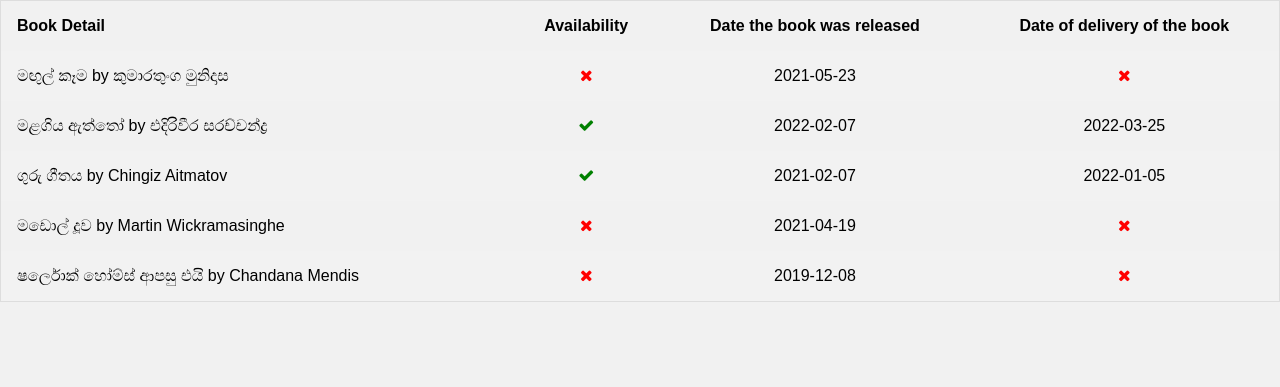
Repository: RPSKumara/DPEdudationPyhton
Page: ResponsiveWebAssigment/category.html
These files come from the project's save history. The page is drawn as it stood at one moment and after the next save; the edit follows.
The browser window is 1280 px wide. The pictures show the whole page.

Above is the page before, as saved 2022-04-22 14:46:02.

After the next save:
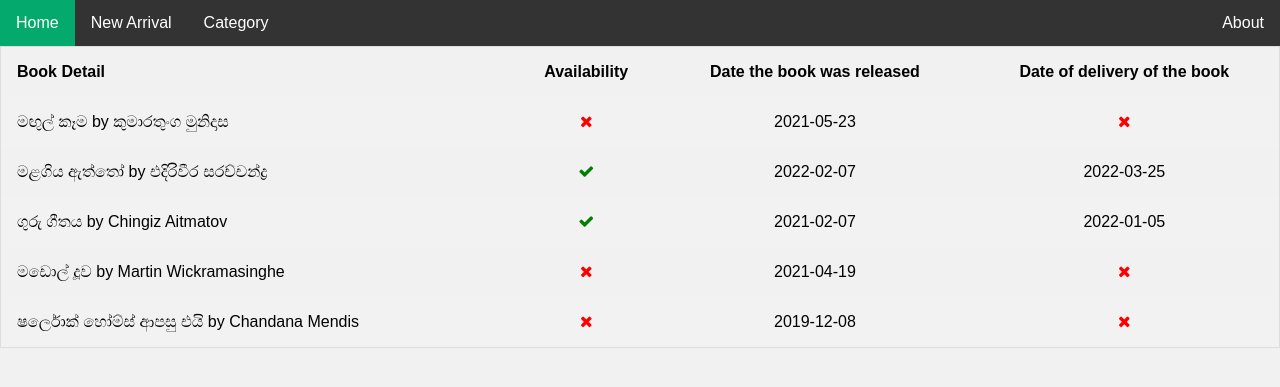
Saved 34 s later.
--- a/ResponsiveWebAssigment/category.html
+++ b/ResponsiveWebAssigment/category.html
@@ -12,6 +12,12 @@
 		<title>Document</title>
 	</head>
 	<body>
+        <ul class="navigationBar">
+			<li><a class="active" href="#home">Home</a></li>
+			<li><a href="#newArival">New Arrival</a></li>
+			<li><a href="category.html">Category</a></li>
+			<li class="right"><a href="#about">About</a></li>
+		</ul>
 		<table>
 			<tr>
 				<th style="width: 40%">Book Detail</th>
